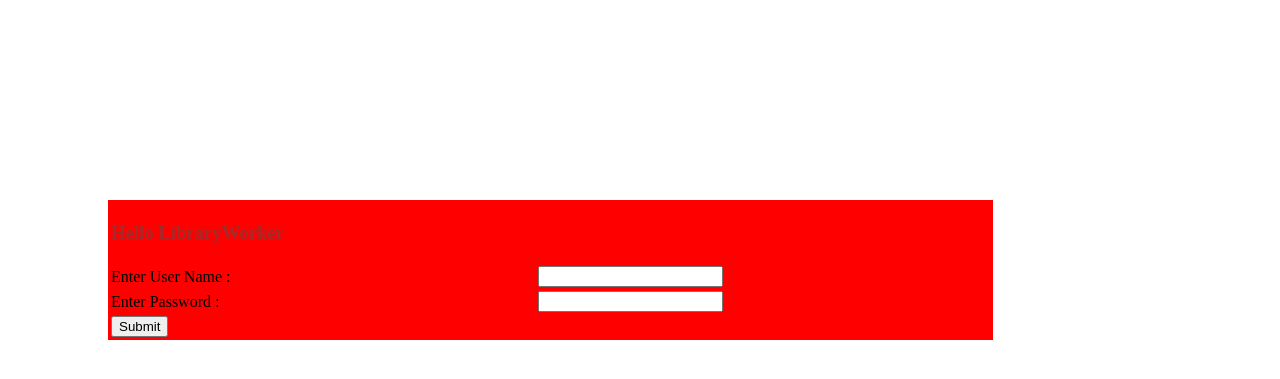
Repository: shulamitProjects/Java
Page: http://localhost/ProjectLibary/LoginWorker.jsp
The author's editor kept a copy of each file at every save. The page is drawn from the files as they stood at one save, then again after the next save.
The browser window is 1280 px wide. The pictures show the whole page.
The page is served by Tomcat 10.

Above is the page before, as saved 2024-01-29 11:18:35.

After the next save:
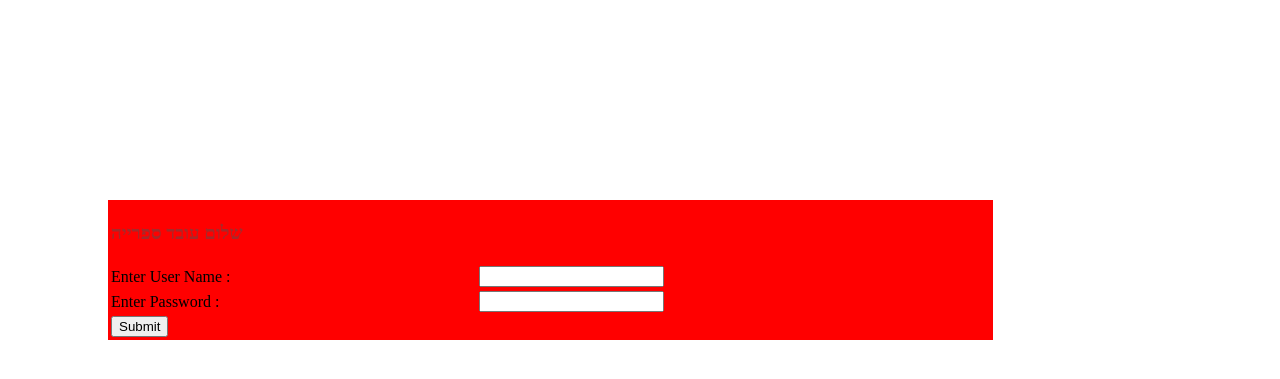
Saved 55 s later.
--- a/project/project_25-01/ProjectLibary/src/main/webapp/LoginWorker.jsp
+++ b/project/project_25-01/ProjectLibary/src/main/webapp/LoginWorker.jsp
@@ -14,7 +14,7 @@
 
 			<tr>
 				<td>
-					<h3 style="color: brown">Hello LibraryWorker</h3>
+					<h3 style="color: brown">שלום עובד ספרייה</h3>
 				</td>
 			</tr>
 			<tr>
